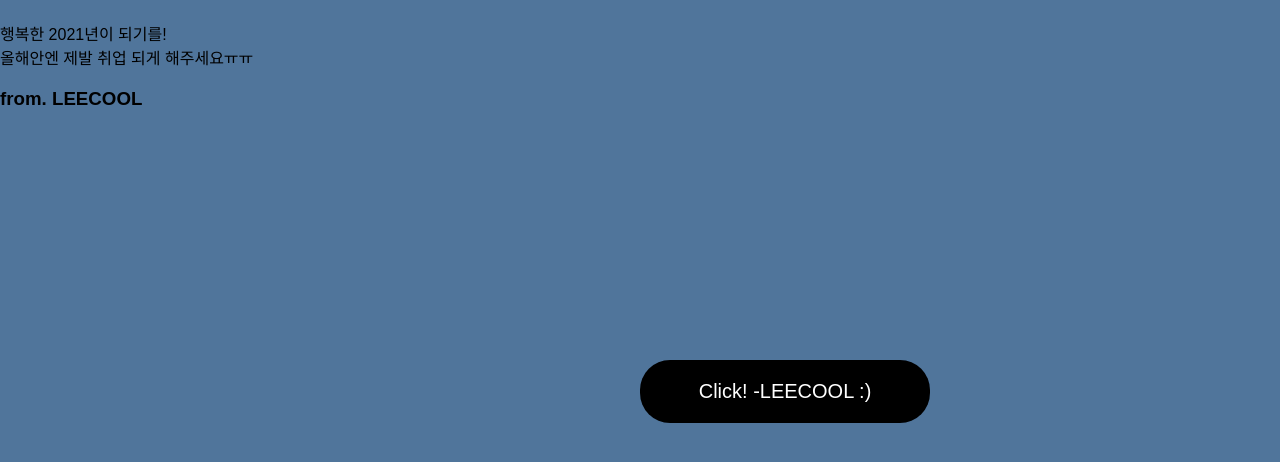
Repository: siwon9898/interaction_practice
Page: section6/index.html
The author's editor kept a copy of each file at every save. The page is drawn from the files as they stood at one save, then again after the next save.
The browser window is 1280 px wide. The pictures show the whole page.

Above is the page before, as saved 2021-10-04 21:36:44.

After the next save:
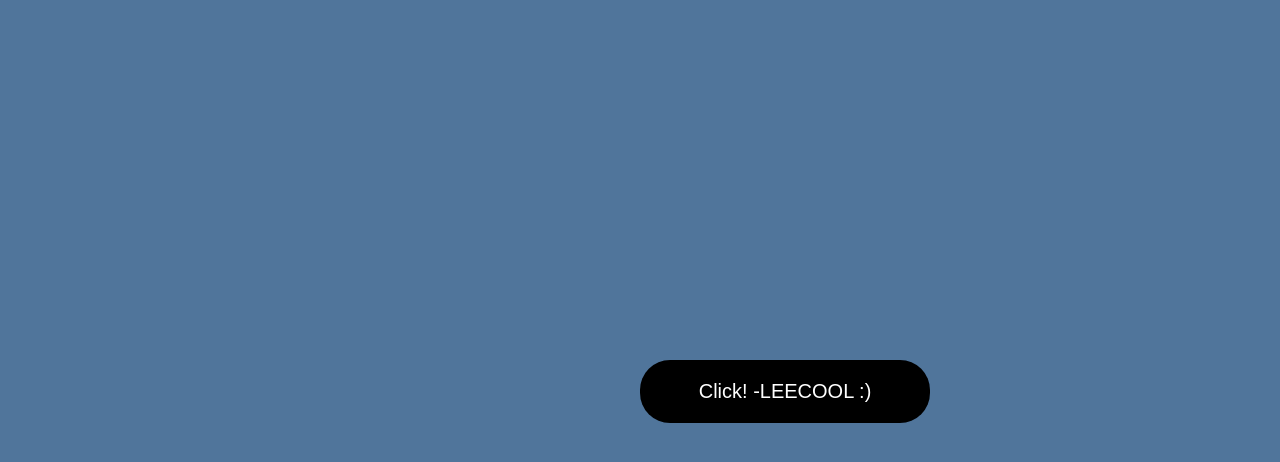
Saved 25 min 8 s later.
--- a/section6/css/motion.css
+++ b/section6/css/motion.css
@@ -37,7 +37,124 @@ button:hover:before {
 
 
 button.dimd {
+    display: none;
+    }
+
+.contentWrap {
     position: absolute;
     top:51%;
+    left: 50%;
+    transform: translate(-50%, -50%);
+    transform-style: preserve-3d;
+    perspective: 800px;
+    visibility: hidden;
+    opacity: 0;
+}
 
+.contentWrap.active {
+    visibility: visible;
+    opacity: 1;
 }
+
+.contentWrap .front {
+    position: relative;
+    width: 400px;
+    height: 250px;
+    background: #10264a;
+    transform: rotateX(-10deg);
+    transform-origin: bottom center;
+    transform-style: preserve-3d;
+    perspective: 800px;
+    border-radius: 10px 10px 0 0;
+}
+
+.contentWrap .front .cloud1 {
+    position: absolute;
+    top: 0;
+    width: 100px;
+    height: 100px;
+    background:url(/image/cloud.png) center center/40px no-repeat;
+    transform: translate3d(70px, 60px, 30px);
+    opacity: .8;
+    z-index: 10;
+}
+
+.contentWrap .front .cloud2 {
+    position: absolute;
+    top:0;
+    width: 100px;
+    height: 100px;
+    background:url(/image/cloud.png) center center/36px no-repeat;
+    transform: translate3d(-20px, 90px, 40px);
+    opacity: .8;
+    z-index: 10;
+}
+
+.contentWrap .front .m1 {
+    position: absolute;
+    bottom: 0;
+    right: 0;
+    width: 90%;
+    height: 200px;
+    background:url(/image/m1.png) right bottom/55% no-repeat;
+    transform: translate3d(-8px, 0, 26px);
+}
+
+.contentWrap .front .m2 {
+    position: absolute;
+    bottom: 0;
+    right: 0;
+    width: 90%;
+    height: 200px;
+    background:url(/image//m2.png) right bottom/100% no-repeat;
+    transform: translate3d(-10px, 0, 45px);
+}
+
+.contentWrap .front .snow {
+    position: absolute;
+    bottom: 0;
+    left: 0;
+    width: 100%;
+    height: 230px;
+    background:url(/image/m3.png) right bottom/75% no-repeat;
+    transform: translate3d(-20px, 0, 70px);
+}
+
+.contentWrap .back{
+    position: relative;
+    width: 400px;
+    height: 200px;
+    background:linear-gradient(180deg, #d8d8d8, #fff);
+    border-radius: 0 0 10px 10px;
+    transform: rotateX(70deg);
+    transform-origin: top center;
+    transform-style: preserve-3d;
+    perspective: 800px;
+}
+
+.contentWrap .back h3{
+    position: absolute;
+    font-size: 12px;
+    text-align: right;
+    font-weight: 100;
+    right: 0px;
+    bottom: 0;
+    transform-origin: bottom;
+    transform: translate3d(-20px, 0px, 2px);
+    color: #000;
+    font-family: 'Handlee', cursive, "Apple SD Gothic Neo", arial;
+}
+
+.contentWrap .back .msg {
+    position: absolute;
+    display: block;
+    width: 100%;
+    font-size: 12px;
+    text-align: center;
+    font-weight: 100;
+    top: 100px;
+    left: 0px;
+    transform-origin: bottom;
+    transform: translate3d(0px, 0px, 2px);
+    color: #000;ß
+}
